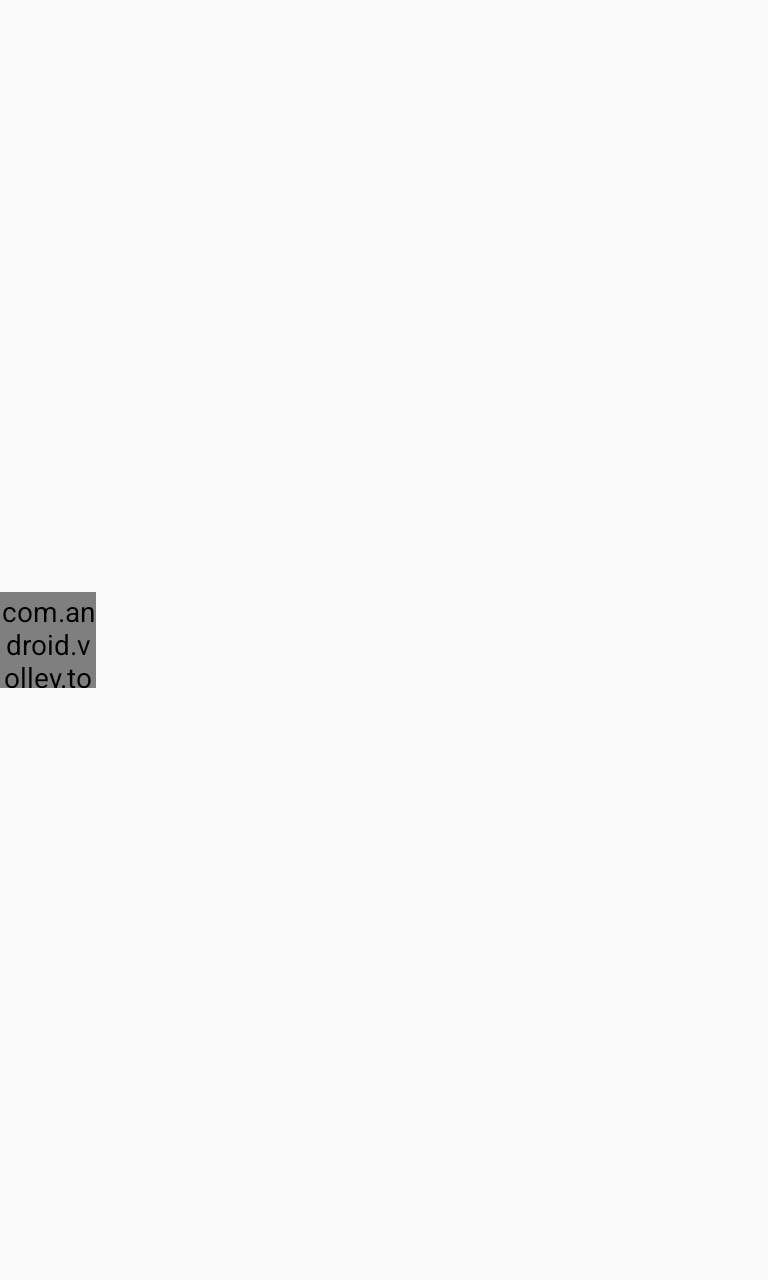
Repository: Sror/android_gdgjp_io
Layout: GoogleIOVolley/res/layout/row_beer.xml
These files come from the project's save history. The layout is drawn as it stood at one moment and after the next save; the edit follows.
Pictures or frames that could not be fetched are drawn as grey boxes. It is drawn on a 768 x 1280 px phone screen (xhdpi) without system bars, with theme AppTheme; the app's code is not run.

Above is the layout before, as saved 2014-06-25 03:00:40.

### GoogleIOVolley/res/layout/row_beer.xml
<?xml version="1.0" encoding="utf-8"?>
<LinearLayout xmlns:android="http://schemas.android.com/apk/res/android"
    android:layout_width="match_parent"
    android:layout_height="56dp"
    android:gravity="center_vertical"
    android:orientation="horizontal" >

    <com.android.volley.toolbox.NetworkImageView
        android:id="@+id/iv_thumb"
        android:layout_width="48dp"
        android:layout_height="48dp"
        android:layout_marginRight="8dp"
        android:scaleType="fitCenter" />

    <TextView
        android:id="@+id/tv_beer_name"
        android:layout_width="match_parent"
        android:layout_height="48dp"
        android:gravity="center_vertical" />

</LinearLayout>

Loaded but not shown: GoogleIOVolley/res/values/styles.xml (common file); GoogleIOVolley/res/values-v11/styles.xml (common file); GoogleIOVolley/res/values-v14/styles.xml (common file)

After the next save:
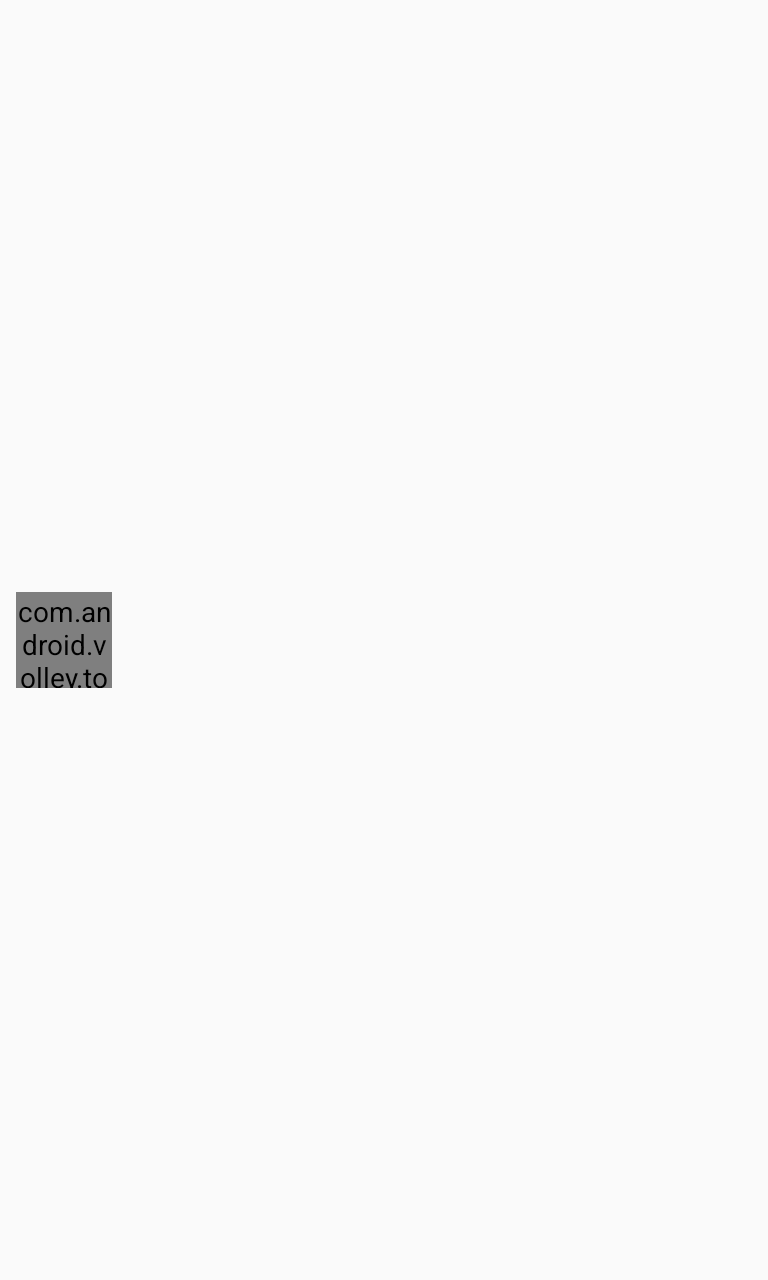
Saved 30 s later.
--- a/GoogleIOVolley/res/layout/row_beer.xml
+++ b/GoogleIOVolley/res/layout/row_beer.xml
@@ -3,7 +3,9 @@
     android:layout_width="match_parent"
     android:layout_height="56dp"
     android:gravity="center_vertical"
-    android:orientation="horizontal" >
+    android:orientation="horizontal"
+    android:paddingLeft="8dp"
+    android:paddingRight="8dp" >
 
     <com.android.volley.toolbox.NetworkImageView
         android:id="@+id/iv_thumb"
